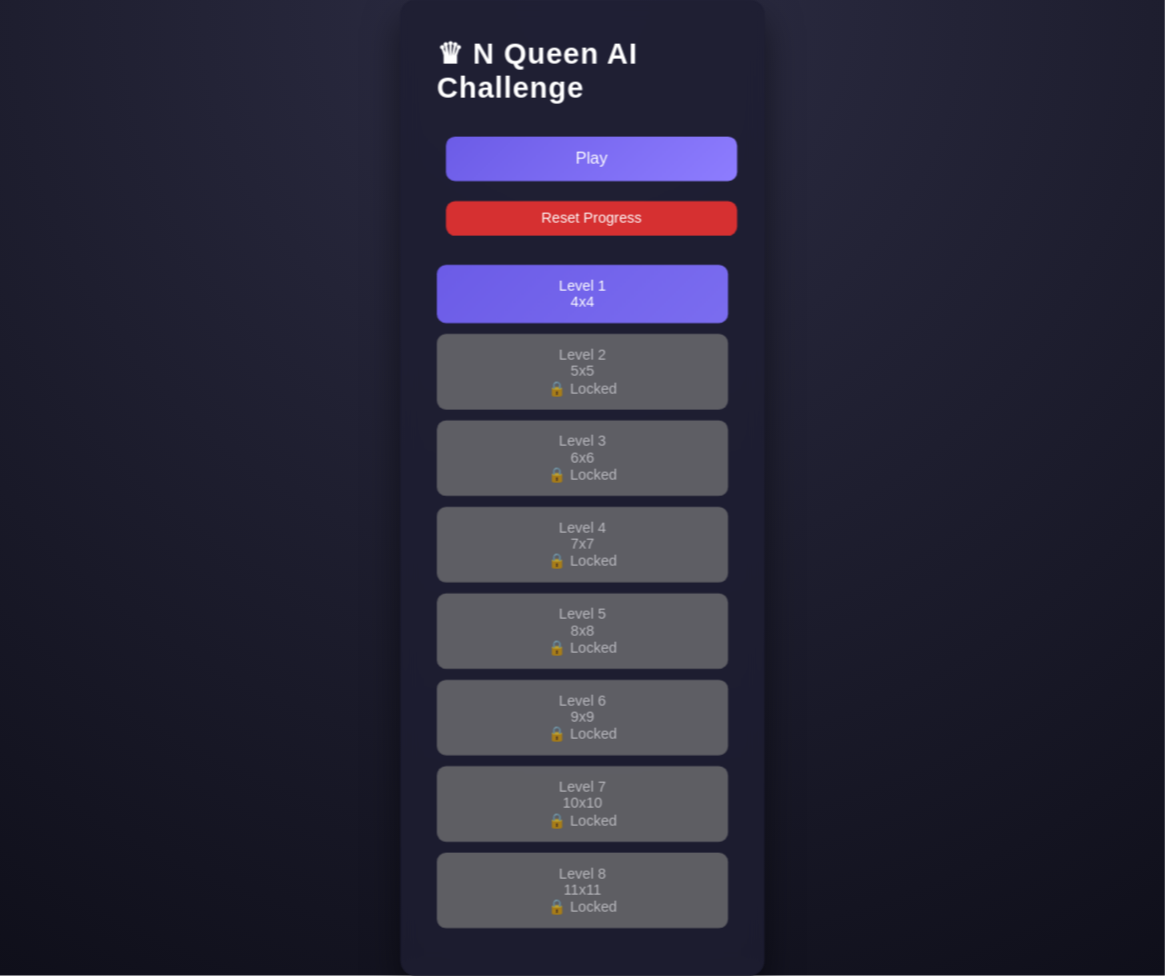
Repository: lissaintech/NQueen
Page: index.html
These files come from the project's save history. The page is drawn as it stood at one moment and after the next save; the edit follows.
The browser window is 1280 px wide. The pictures show the whole page, at 91% of full size.

Above is the page before, as saved 2026-03-08 19:17:23.

After the next save:
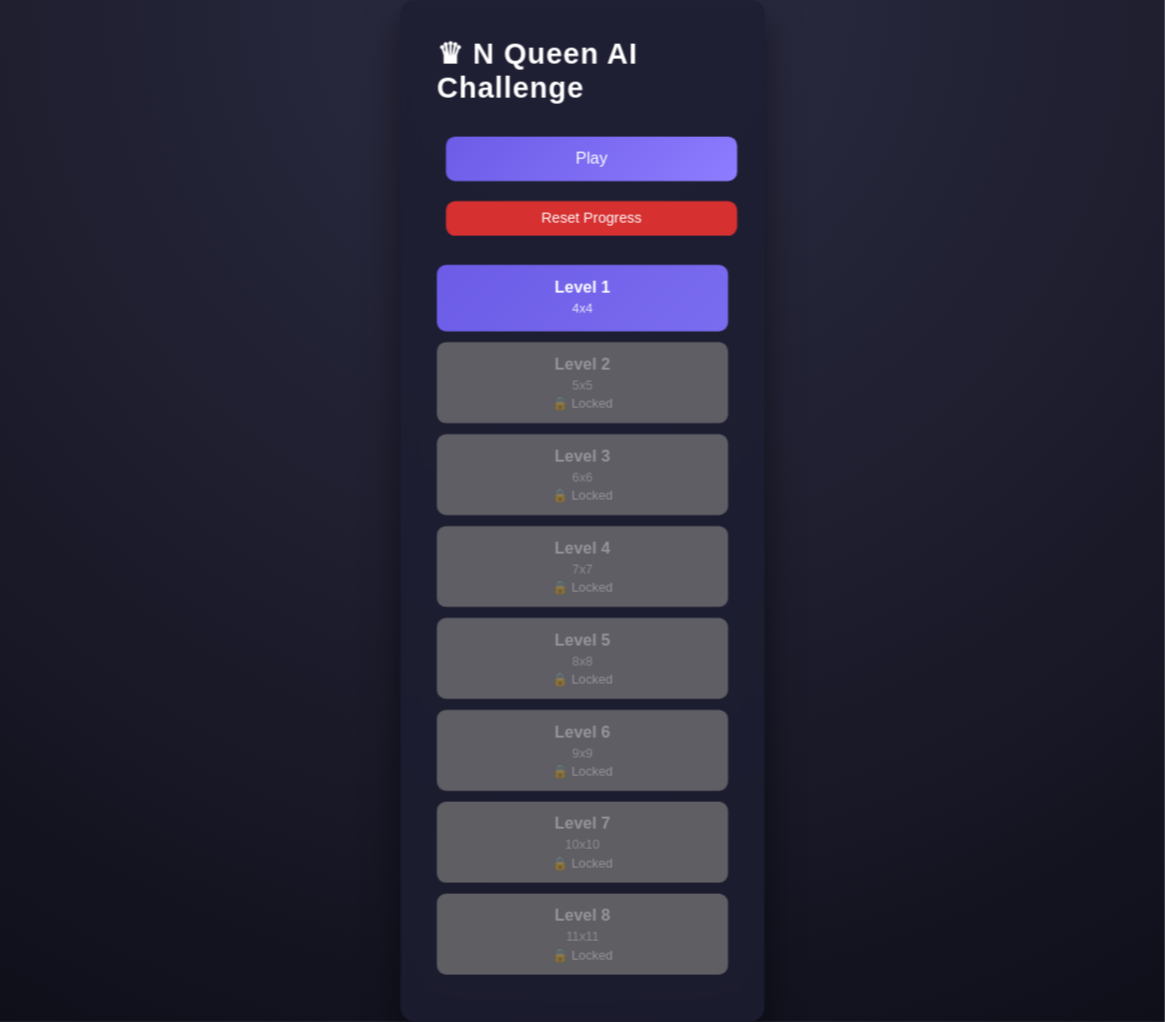
Saved 14 s later.
--- a/style.css
+++ b/style.css
@@ -281,3 +281,39 @@ transform:none;
 box-shadow:none;
 
 }
+
+
+.levelCard{
+
+display:flex;
+flex-direction:column;
+
+gap:4px;
+
+}
+
+.levelTitle{
+
+font-size:18px;
+font-weight:bold;
+
+}
+
+.levelSize{
+
+font-size:14px;
+opacity:0.85;
+
+}
+
+.levelMeta{
+
+font-size:14px;
+
+}
+
+.levelCard.locked{
+
+opacity:0.6;
+
+}
